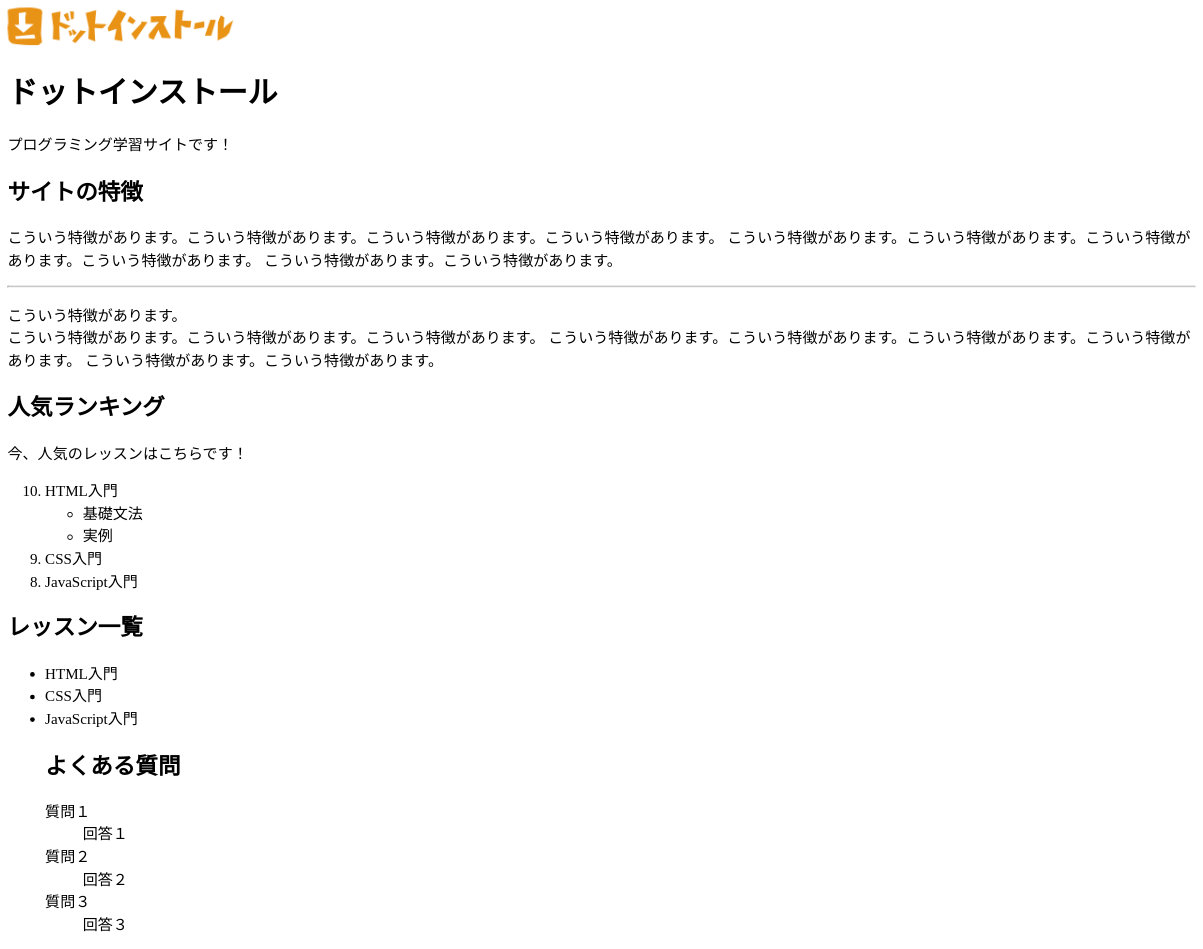
Repository: kojimayu/dotinstall-html
Page: index.html
An editor plug-in stored every save of this project. The page is shown before and after the next save, followed by the edit.
The browser window is 1280 px wide. The pictures show the whole page, at 94% of full size.

Above is the page before, as saved 2019-04-04 17:17:44.

### index.html
<!DOCTYPE html>
<html lang="ja">

<head>
    <meta charset="UTF-8">
    <title>ドットインストール</title>
    <meta name="description" content="プログラミング学習サイトのドットインストールです。">
    <link rel="icon" href="img/favicon.ico">
</head>

<body>
    <img src="img/logo.png" alt="ドットインストールのロゴです" width="240" height="40">
    <h1>ドットインストール</h1>
    <p>プログラミング学習サイトです！</p>

    <h2>サイトの特徴</h2>
    <p>こういう特徴があります。こういう特徴があります。こういう特徴があります。こういう特徴があります。
        こういう特徴があります。こういう特徴があります。こういう特徴があります。こういう特徴があります。
        こういう特徴があります。こういう特徴があります。
    </p>
    <hr>
    <p>こういう特徴があります。<br>こういう特徴があります。こういう特徴があります。こういう特徴があります。
        こういう特徴があります。こういう特徴があります。こういう特徴があります。こういう特徴があります。
        こういう特徴があります。こういう特徴があります。
    </p>

    <h2>人気ランキング</h2>
    <p>今、人気のレッスンはこちらです！</p>
    <ol reversed start="10">
        <li>
            HTML入門
            <ul>
                <li>基礎文法</li>
                <li>実例</li>
            </ul>
        </li>
        <li>CSS入門</li>
        <li>JavaScript入門</li>
    </ol>

    <h2>レッスン一覧</h2>
    <ul>
        <li>HTML入門</li>
        <li>CSS入門</li>
        <li>JavaScript入門</li>
        <h2>よくある質問</h2>
        <dl>
            <dt>質問１</dt>
            <dd>回答１</dd>

            <dt>質問２</dt>
            <dd>回答２</dd>

            <dt>質問３</dt>
            <dd>回答３</dd>
        </dl>
    </ul>
</body>

</html>

After the next save:
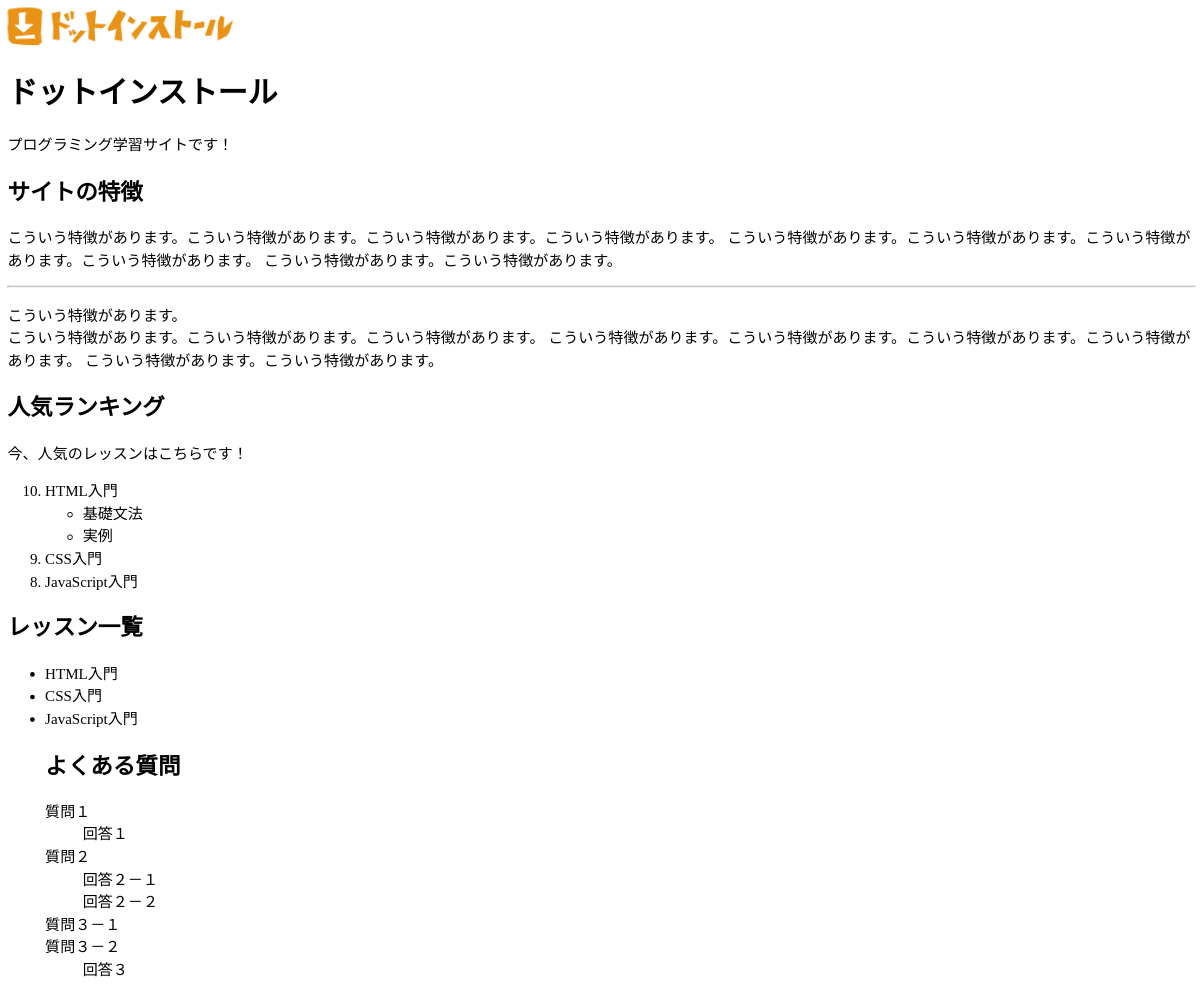
Saved 96 s later.
--- a/index.html
+++ b/index.html
@@ -49,9 +49,11 @@
             <dd>回答１</dd>
 
             <dt>質問２</dt>
-            <dd>回答２</dd>
+            <dd>回答２－１</dd>
+            <dd>回答２－２</dd>
 
-            <dt>質問３</dt>
+            <dt>質問３－１</dt>
+            <dt>質問３－２</dt>
             <dd>回答３</dd>
         </dl>
     </ul>
